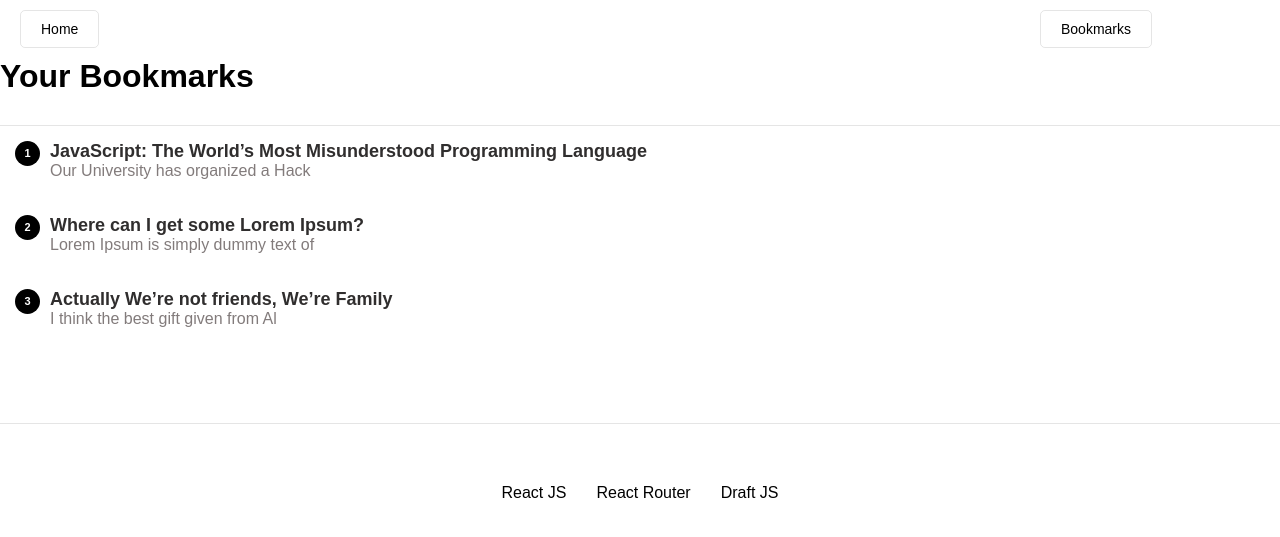
Repository: DevLaukey/task
Page: /react-mini-blog/bookmark
These files come from the project's save history. The page is drawn as it stood at one moment and after the next save; the edit follows.
The browser window is 1280 px wide. The pictures show the whole page.
The project was rebuilt for these pictures with package versions that can differ from the ones it lists, and the page was loaded fresh each time. Also part of the build but not shown: src/data.js, src/Components/content/Post.js, src/Components/content/Posts.js, src/Components/content/Content.js, src/Components/RichText/StyleButton.js, src/Components/RichText/BlockStyleControls.js, src/Components/RichText/InlineStyleControls.js, src/Components/posts/posts.css and 3 more.

Above is the page before, as saved 2022-06-13 13:38:43.

After the next save:
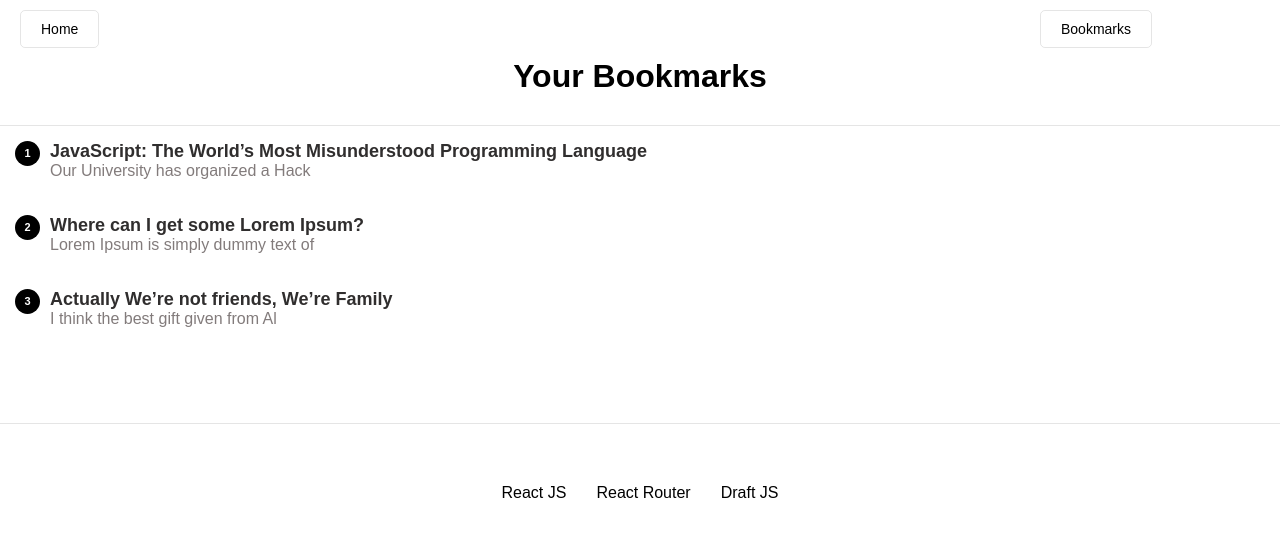
Saved 6 s later.
--- a/src/Components/content/Bookmark.js
+++ b/src/Components/content/Bookmark.js
@@ -4,7 +4,7 @@ import Bookmarks from "./Bookmarks";
 export default ({ bookmarks }) => {
   return (
     <div className="bookmark-page">
-      <h1 className="bookmark_h1">Your Bookmarks</h1>
+      <h1 className="bookmark__h1">Your Bookmarks</h1>
       <Bookmarks bookmarks={bookmarks} />
     </div>
   );
